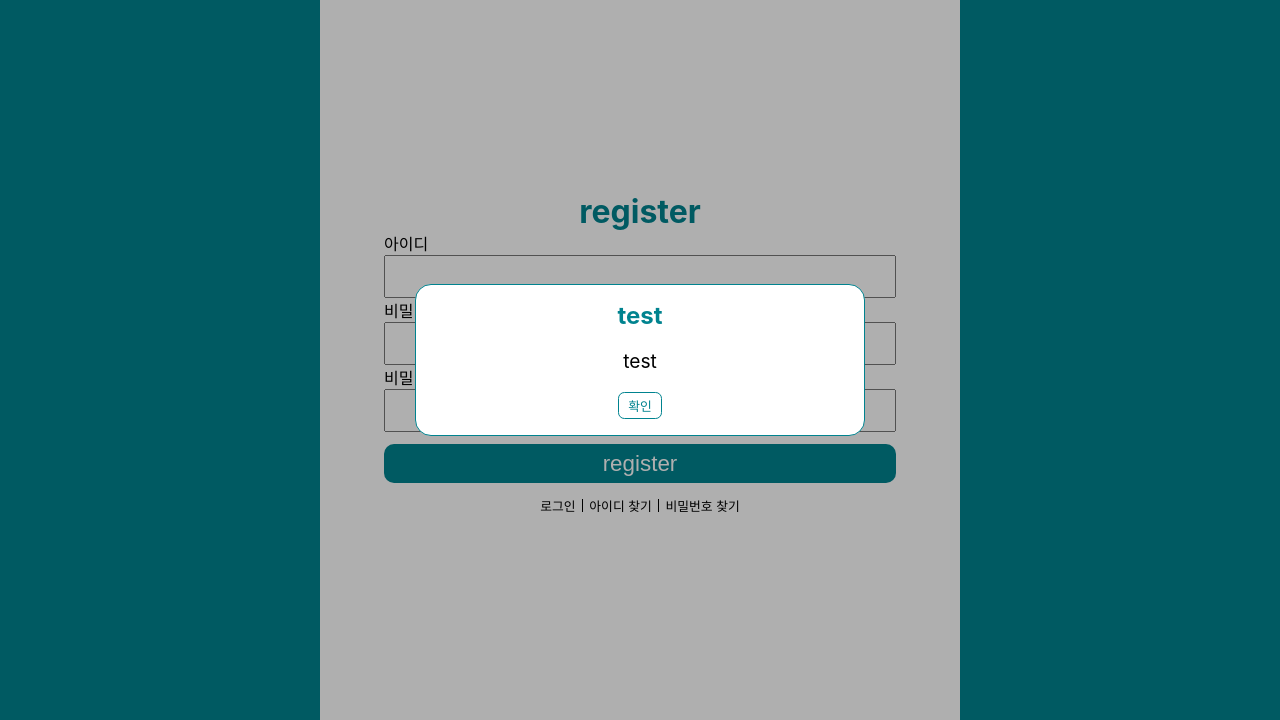
Repository: SeungYn/ticktickup-client
Page: /register
The author's editor kept a copy of each file at every save. The page is drawn from the files as they stood at one save, then again after a run of saves.
The browser window is 1280 px wide. The pictures show the whole page.
The project was rebuilt for these pictures with package versions that can differ from the ones it lists, and the page was loaded fresh each time. Also part of the build but not shown: src/App.tsx, src/pages/Main.tsx, src/pages/TimeDetail.tsx, src/pages/MyInfo.tsx, src/containers/auth/LoginFormContainer.tsx, src/pages/LoginPage.tsx.

Above is the page before, as saved 2023-01-04 00:29:24.

After the next 2 saves:
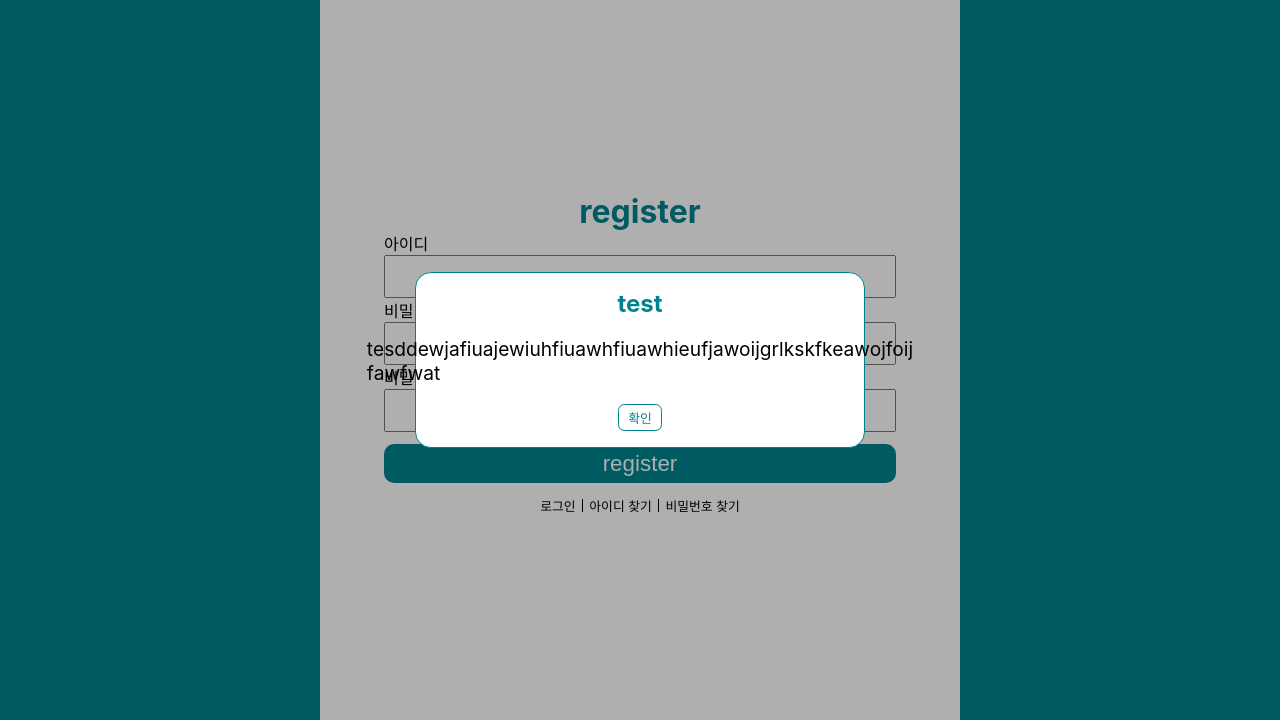
The 2 saves are shown as one change because they came seconds apart.
The last was saved 51 s later.
--- a/src/components/auth/AuthForm.tsx
+++ b/src/components/auth/AuthForm.tsx
@@ -33,7 +33,7 @@ export default function AuthForm({
       {true && (
         <ConfirmModal
           title='test'
-          content='test'
+          content='tesddewjafiuajewiuhfiuawhfiuawhieufjawoijgrlkskfkeawojfoij  fawfwat'
           callback={() => {}}
         ></ConfirmModal>
       )}
